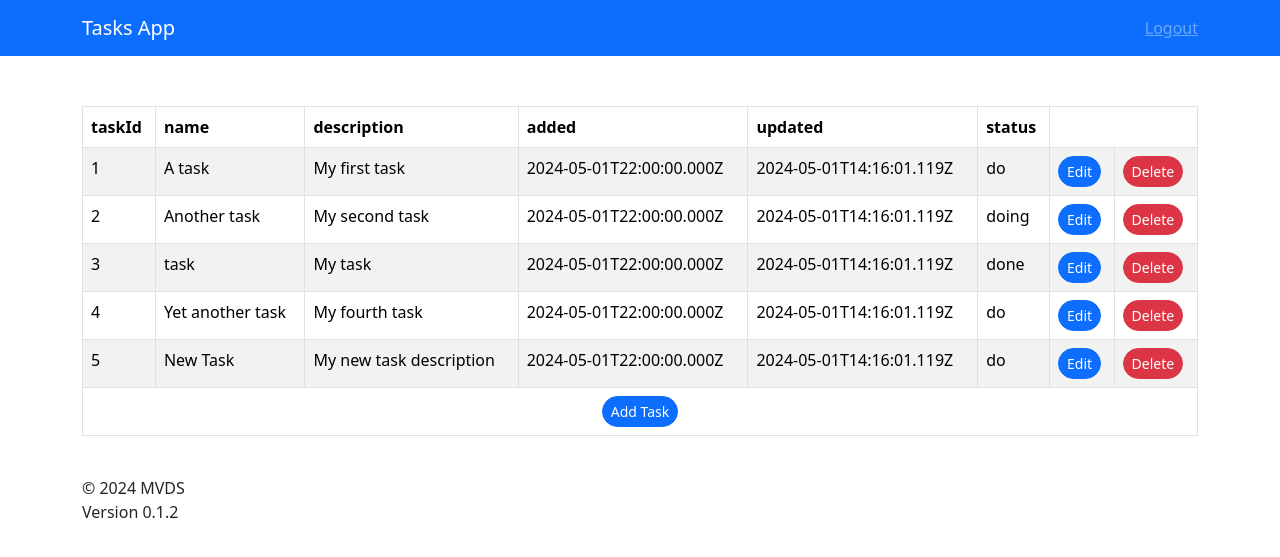
Repository: trider/react-task-manager
Page: /#/tasks
These files come from the project's save history. The page is drawn as it stood at one moment and after a run of saves; the edit follows.
The browser window is 1280 px wide. The pictures show the whole page.
The project was rebuilt for these pictures with package versions that can differ from the ones it lists, and the page was loaded fresh each time. Also part of the build but not shown: src/App.css, src/data/_Users.js, src/pages/Login.js.

Above is the page before, as saved 2024-05-07 17:53:50.

### src/App.js
// import logo from './logo.svg';
import './App.css';
import 'bootstrap/dist/css/bootstrap.min.css';
// import { BrowserRouter, Routes, Route } from "react-router-dom";
import {HashRouter as Router, Routes, Route} from "react-router-dom";
import LoginForm from "./pages/Login";
import TaskList from "./pages/Task";

// const path = process.env.REACT_APP_FOR_PATH;

function App() {
  return (
    <div>
      <Router baseline="/">
        <Routes>
          <Route index element={<LoginForm />} />
            <Route path="login" element={<LoginForm />} />
            <Route path="tasks" element={<TaskList />} />
        </Routes>
      </Router>
    </div>
  );
}

export default App;

### src/pages/Task.js
import * as React from 'react';

import { useState } from 'react';

import Table from 'react-bootstrap/Table';
import Container from 'react-bootstrap/Container';
import Button from 'react-bootstrap/Button';
import Form from 'react-bootstrap/Form';

import NavbarComponent from '../components/Navigation';
import Footer from '../components/Footer';

import userTasks from '../data/_Tasks';
import tableCols from '../data/_Cols';




const TaskTable = () => {

  const [tasks, setTasks] = useState(userTasks);
  const [taskName, setTaskName] = useState("A Task");
  const [taskDescription, setTaskDescription] = useState("Task Description");
  const [dateAdded, setDateAdded] = useState(new Date().toISOString());
  const [dateUpdated, setDateUpdated] = useState(new Date().toISOString());
  const [taskStatus, setTaskStatus] = useState("do");
  const [isAdd, setIsAdd] = useState(false);


  const addTask = (task) => {
    setDateAdded(new Date().toISOString());
    setDateUpdated(new Date().toISOString());
    setTaskStatus('do');
    setIsAdd(false);
    setTasks([...tasks, { id: tasks.length + 1, ...task }]);
  }

  const editTask = (task) => {

    setIsAdd(false);
    setTasks(tasks.map((t) => {
      if (tasks.filter((t) => t.isEdit === true).length < 1) {
        if (t.taskId === task.taskId) t.isEdit = !t.isEdit;
      }

      return t
    }));


  }

  const getButton = (task) => {

    if (task.isEdit) {
      return <Button variant="primary rounded-pill" size='sm' onClick={(e) => updateTask(task)}>
        Update
      </Button>
    }
    else {
      return <Button variant="primary rounded-pill" size='sm' onClick={(e) => editTask(task)}>
        Edit
      </Button>
    }

  }

  const updateTask = (task) => {






    setTasks(tasks.map((t) => {
      setTaskName(t.name);
      setTaskDescription(t.description);
      if (t.taskId === task.taskId) {
        t.isEdit = !t.isEdit;
        t.name = taskName;
        t.description = taskDescription;
        t.updated = new Date().toISOString();
        t.status = taskStatus;
      }
      return t;
    }));
    setIsAdd(false);



  }

  const deleteTask = (task) => {
    setTasks(tasks.filter((t) => t.taskId !== task.taskId));
  }

  const getTask = (task, col) => {
    if (task.isEdit) {
      if (col === 'name') {
        return <Form.Control
          type="text"
          value={taskName}
          onChange={(e) => setTaskName(e.target.value)}
        />
      }
      else if (col === 'description') {
        return <Form.Control
          type="text"
          value={taskDescription}
          onChange={(e) => setTaskDescription(e.target.value)}
        />
      }
      else if (col === 'status') {
        return <Form.Control
          type="text"
          value={taskStatus}
          onChange={(e) => setTaskStatus(e.target.value)}
        />
      }
      else {
        return task[col]
      }


    }
    else {
      return task[col]
    }


  }



  const showTableBody = () => {

    if (isAdd) {

      return <tbody>

        <tr>
          <td>
            {tasks.length + 1}
          </td>
          <td>
            <Form.Control
              type="text"
              value={taskName}
              onChange={(e) => setTaskName(e.target.value)}
            />
          </td>
          <td>
            <Form.Control
              type="text"
              value={taskDescription}
              onChange={(e) => setTaskDescription(e.target.value)}

            />
          </td>
          <td>
            {dateAdded}
          </td>
          <td>
            {dateUpdated}
          </td>
          <td>
            do
          </td>

          <td colSpan='2'>
            <div className="d-grid gap-2 d-md-flex justify-content-md-center">

              <Button variant="primary rounded-pill" size='sm' onClick={(e) => addTask({
                name: taskName,
                description: taskDescription,
                user: 'jonnygold',
                status: 'do',
                taskId: tasks.length + 1,
                added: new Date().toISOString(),
                updated: new Date().toISOString(),
                isActive: true,
                isEdit: false
              })}>
                Add
              </Button>
            </div>
          </td>
        </tr>



      </tbody>



    }
    else {
      return <tbody>
        {tasks.map((task) => (
          <tr key={task.id}>
            {tableCols.map((col) => (
              <td key={col}>

                {getTask(task, col)}

              </td>
            ))}

            <td>
              {getButton(task)}
            </td>
            <td>
              <Button variant="danger rounded-pill" size='sm' onClick={(e) => deleteTask(task)}>
                Delete
              </Button>
            </td>
          </tr>
        ))}



        <tr>

          <td colSpan={tableCols.length + 2} style={{ backgroundColor: "white" }}>
            <div className="d-grid gap-2 d-md-flex justify-content-md-center">
              <Button variant="primary rounded-pill" size='sm' onClick={(e) => setIsAdd(!isAdd)}>
                Add Task
              </Button>
            </div>
          </td>
        </tr>
      </tbody>

    }


  }






  return (
    <div >
      <Table striped bordered hover size="lg">
        <thead>
          <tr>
            {tableCols.map((col) => (
              <th key={col}>{col}</th>
            ))}
            <th colSpan={"2"}></th>
          </tr>
        </thead>

        {showTableBody()}

      </Table>




    </div>
  );
}


const TaskList = () => {
  return (
    <div>

      <NavbarComponent />
      <Container style={{ marginTop: "50px" }}>

        <div style={{ marginTop: "50px" }}>
          <TaskTable />
        </div>

      </Container>
      <Footer />
    </div>
  );
}

export default TaskList;

### src/components/Navigation.js
import * as React from 'react';
import Container from 'react-bootstrap/Container';
import Nav from 'react-bootstrap/Nav';
import Navbar from 'react-bootstrap/Navbar';
import {Link as ReactLink} from "react-router-dom";






const NavbarComponent = () => {
  return (
    <Navbar bg="primary" expand="lg" data-bs-theme="dark">
      <Container>
        <Navbar.Brand href="#home">Tasks App</Navbar.Brand>
        <Navbar.Toggle aria-controls="basic-navbar-nav" />
        <Navbar.Collapse id="basic-navbar-nav">
          <Nav className="me-auto" >
          </Nav>

          <div className='Nav'>
            <ReactLink to="/login">Logout</ReactLink>
          </div>
        </Navbar.Collapse>
      </Container>
    </Navbar>
  );
}



export default NavbarComponent;

### src/components/Footer.js
import * as React from 'react';
import Container from 'react-bootstrap/Container';
import Row from 'react-bootstrap/Row';
import Col from 'react-bootstrap/Col';


const Footer = () => {
  return (
    <footer style={{paddingTop:'10%'}} className='class="d-flex flex-wrap justify-content-between align-items-center py-3 my-4 border-top">'>
      <Container >
      <Row>
        <Col sm={12}>&copy; 2024 MVDS</Col>
        <Col>Version 0.1.2</Col>
      </Row>
      </Container>
    </footer>
  );
}

export default Footer;

### src/data/_Tasks.js
const userTasks= [
 {
   id: "6630ab326e723ac1ea6dce7a",
   description: "My first task",
   name: "A task",
   taskId: 1,
   user: "jonnygold",
   added: "2024-05-01T22:00:00.000Z",
   updated: "2024-05-01T14:16:01.119Z",
   status: "do",
   isActive: true,
   isEdit: false
 },
 {
   id: "6630fe5d6e723ac1ea6dce7e",
   description: "My second task",
   name: "Another task",
   taskId: 2,
   user: "jonnygold",
   added: "2024-05-01T22:00:00.000Z",
   updated:"2024-05-01T14:16:01.119Z",
   status: "doing",
   isActive: true,
   isEdit: false
 },
 {
   id: "6630fe826e723ac1ea6dce7f",
   description: "My task",
   name: "task",
   taskId: 3,
   user: "jonnygold",
   added: "2024-05-01T22:00:00.000Z",
   updated:"2024-05-01T14:16:01.119Z",
   status: "done",
   isActive: true,
   isEdit: false
 },
 {
   id: "6631f17cc4c9b7f5ab3c28c3",
   name: "Yet another task",
   description: "My fourth task",
   user: "jonnygold",
   taskId: 4,
   added: "2024-05-01T22:00:00.000Z",
   updated:"2024-05-01T14:16:01.119Z",
   isActive: true,
   status: "do",
   isEdit: false

 },
 {
   id: "66323f0d54b80929f84ebdd2",
   user: "jonnygold",
   name: "New Task",
   description: "My new task description",
   status: "do",
   taskId: 5,
   added: "2024-05-01T22:00:00.000Z",
   updated:"2024-05-01T14:16:01.119Z",
   isActive: true,
   isEdit: false
 }

]

export default userTasks

### src/data/_Cols.js
const tableCols = [
 'taskId',
 'name',
 'description',
 'added',
 'updated',
 'status',
];

export default tableCols

Loaded but not shown: public/index.html (common file); src/index.js (common file); src/index.css (common file); src/reportWebVitals.js (common file)

After the next 6 saves:
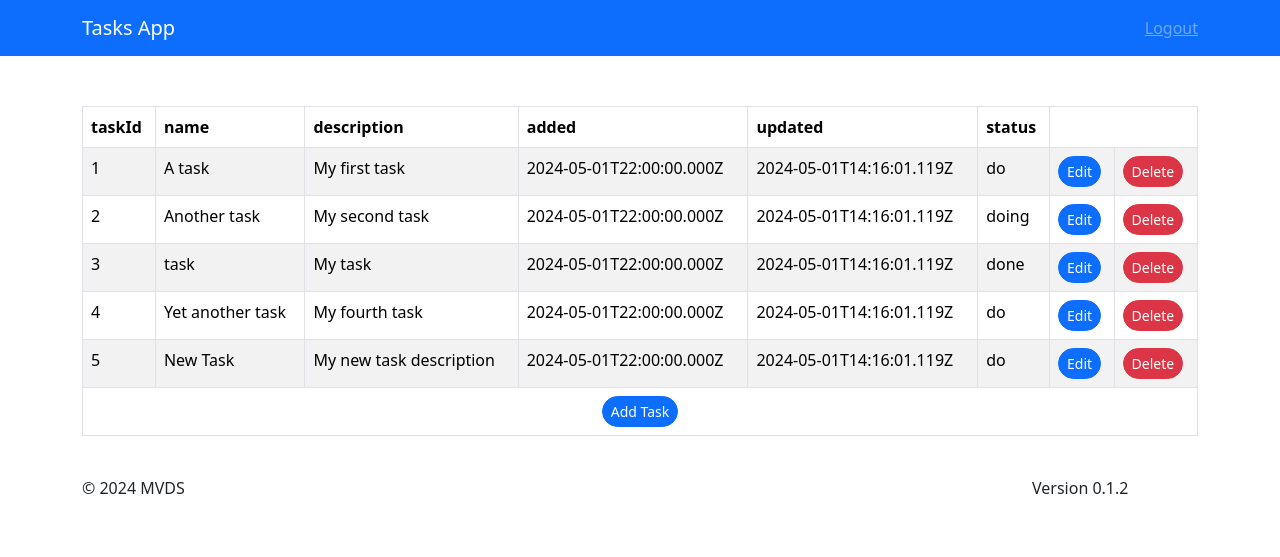
The 6 saves are shown as one change because they came seconds apart.
The last was saved 24 s later.
--- a/src/components/Footer.js
+++ b/src/components/Footer.js
@@ -9,7 +9,7 @@ const Footer = () => {
     <footer style={{paddingTop:'10%'}} className='class="d-flex flex-wrap justify-content-between align-items-center py-3 my-4 border-top">'>
       <Container >
       <Row>
-        <Col sm={12}>&copy; 2024 MVDS</Col>
+        <Col sm={10}>&copy; 2024 MVDS</Col>
         <Col>Version 0.1.2</Col>
       </Row>
       </Container>
